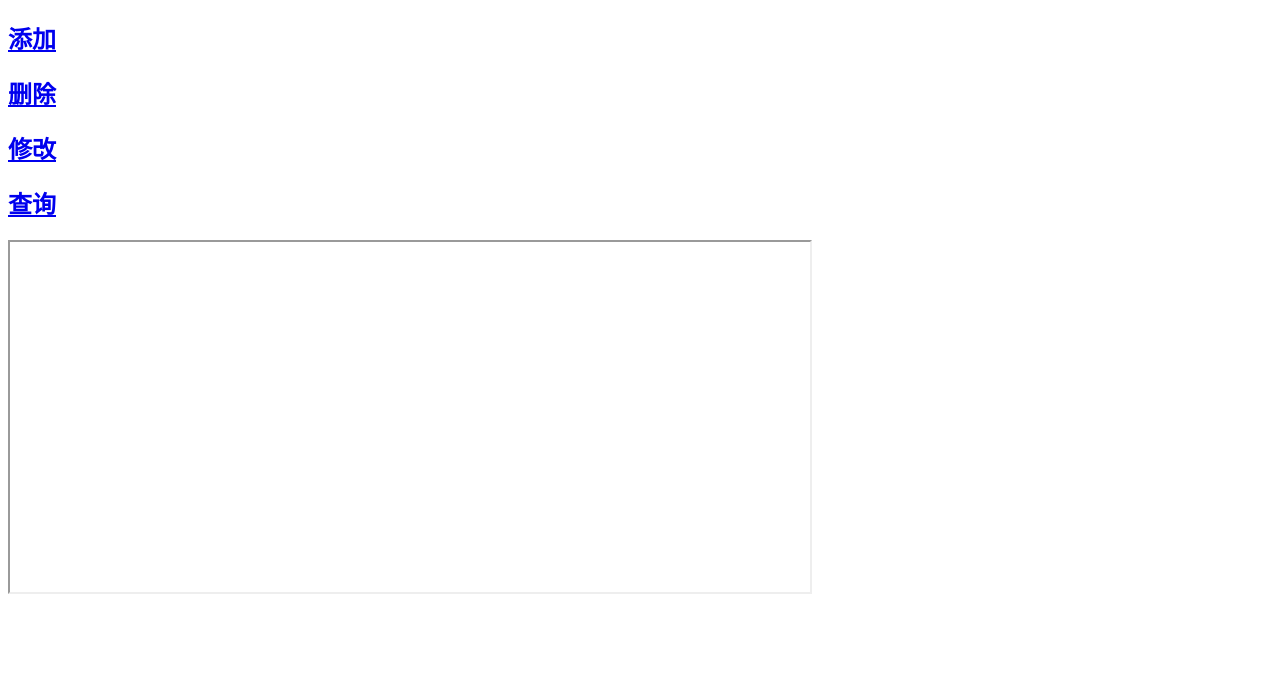
Repository: Matty-GCU/MyEclipse
Page: Java_Web_Learning/WebRoot/chapter06_JSP&JDBC/homework/stu_info_mng_sys.html
These files come from the project's save history. The page is drawn as it stood at one moment and after the next save; the edit follows.
The browser window is 1280 px wide. The pictures show the whole page.

Above is the page before, as saved 2021-10-16 18:14:47.

### Java_Web_Learning/WebRoot/chapter06_JSP&JDBC/homework/stu_info_mng_sys.html
<!DOCTYPE html>
<html>
	<head>
		<meta charset="UTF-8">
		<title>20211014(ddl)Java Web作业（第6章）</title>
	</head>
	<body>
		<h2><a href="insertPage.html" target="frame">添加</a></h2>
		<h2><a href="deletePage.html" target="frame">删除</a></h2>
		<h2><a href="updatePage.html" target="frame">修改</a></h2>
		<h2><a href="selectPage.html" target="frame">查询</a></h2>
		<iframe name="frame" width=800px height=350px></iframe>
	</body>
</html>

After the next save:
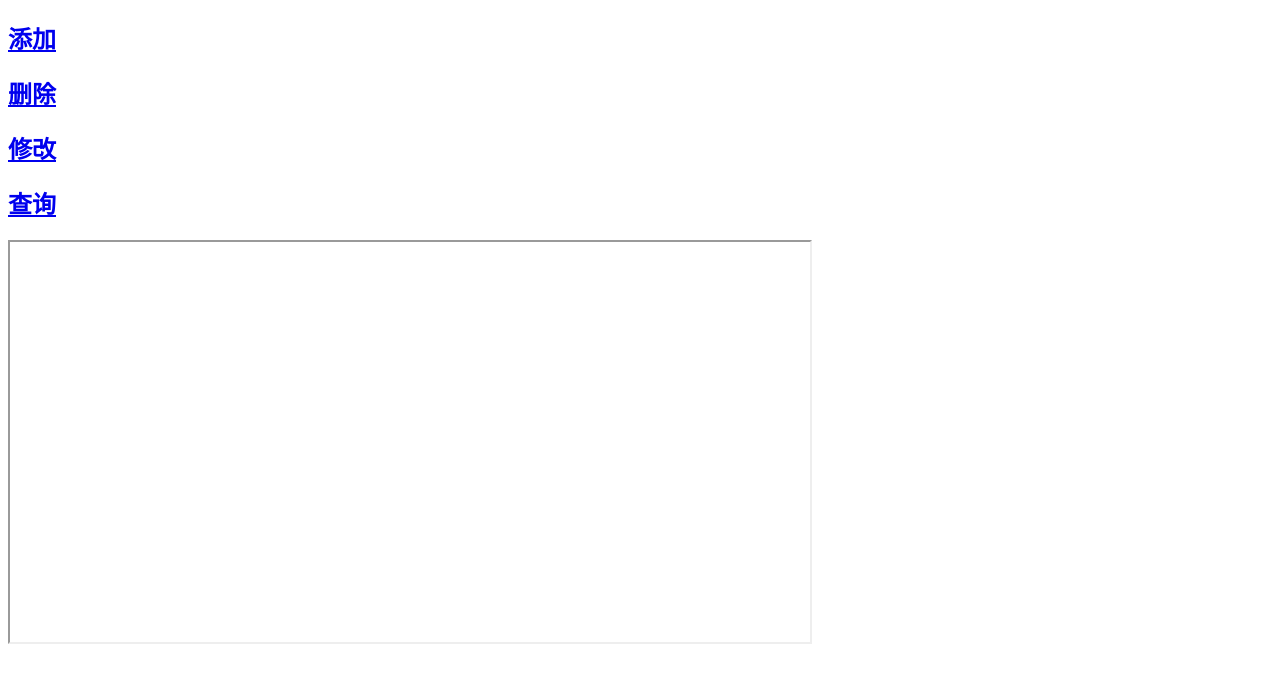
Saved 9 s later.
--- a/Java_Web_Learning/WebRoot/chapter06_JSP&JDBC/homework/stu_info_mng_sys.html
+++ b/Java_Web_Learning/WebRoot/chapter06_JSP&JDBC/homework/stu_info_mng_sys.html
@@ -9,6 +9,6 @@
 		<h2><a href="deletePage.html" target="frame">删除</a></h2>
 		<h2><a href="updatePage.html" target="frame">修改</a></h2>
 		<h2><a href="selectPage.html" target="frame">查询</a></h2>
-		<iframe name="frame" width=800px height=350px></iframe>
+		<iframe name="frame" width=800px height=400px></iframe>
 	</body>
 </html>
